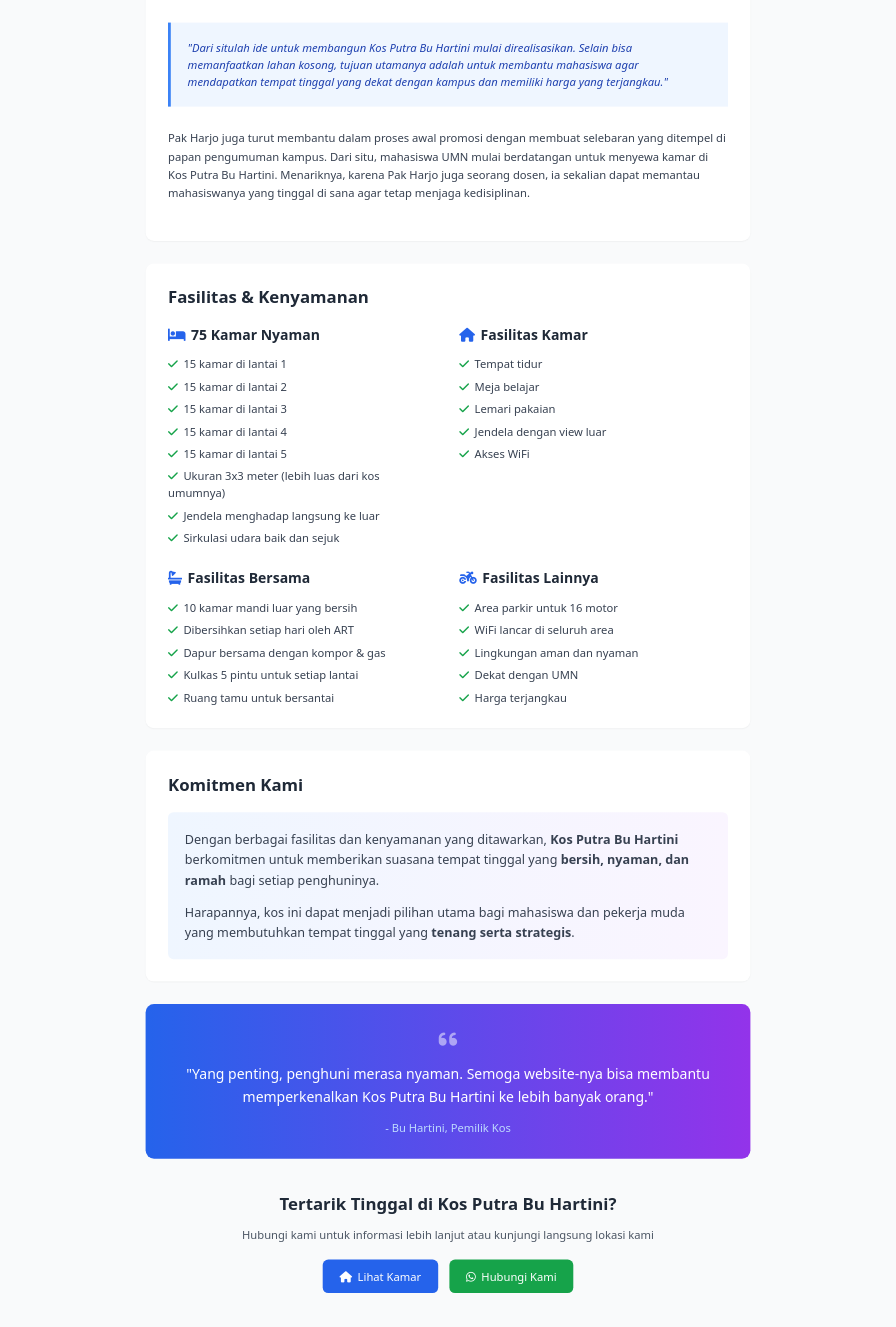
Repository: elikogoya12345-a11y/kost-app-new
Page: http://localhost/about
An editor plug-in stored every save of this project. The page is shown before and after the next save, followed by the edit.
The browser window is 1280 px wide. The pictures show the part of the page from y = 665 to 2585 px (the page is 2561 px tall before and 2585 px after), at 70% of full size.
Some web libraries are served in a nearby version. The page is served by the project's Node server (app.js).

Above is the page before, as saved 2025-12-14 00:04:57.

After the next save:
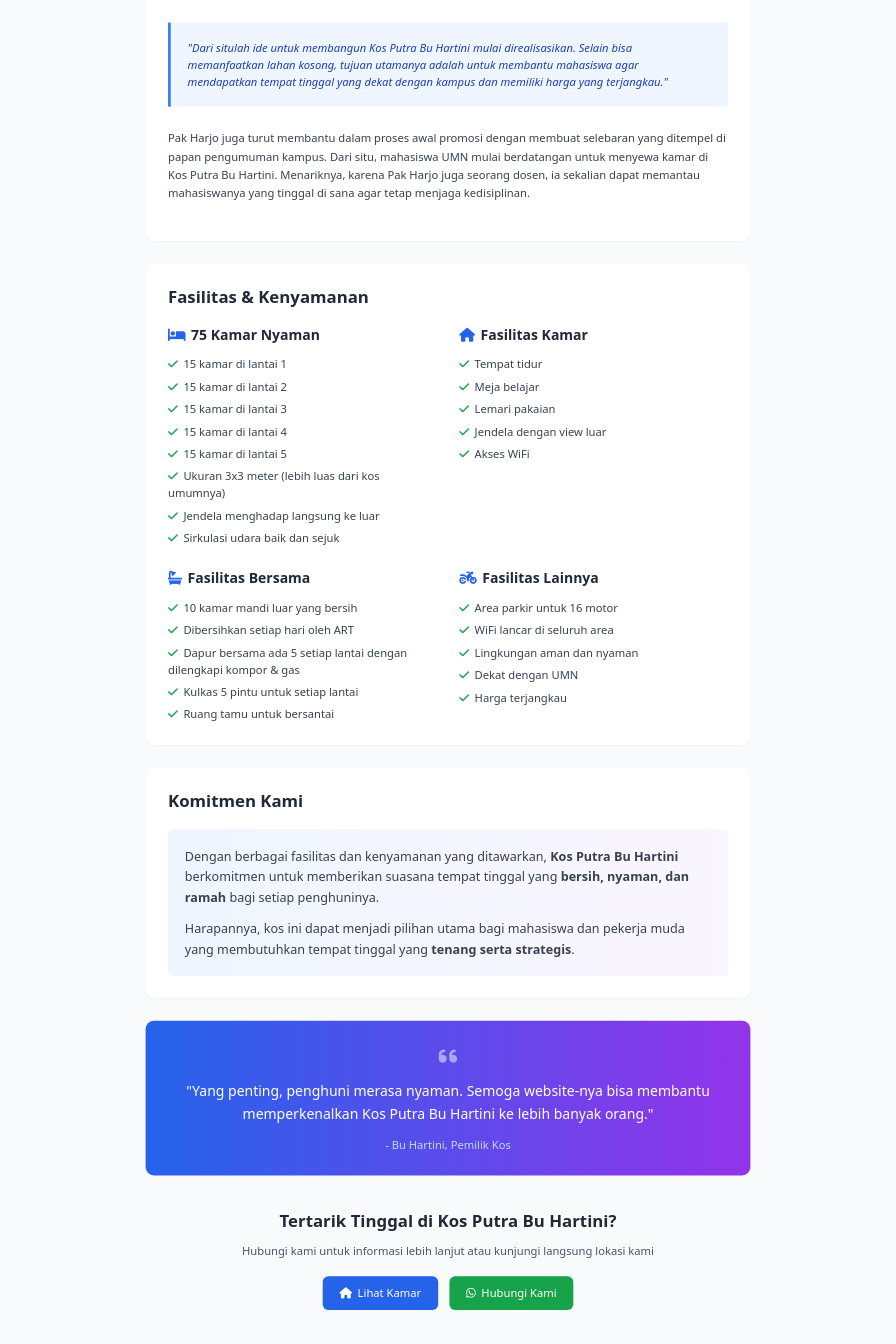
Saved 42 s later.
--- a/views/about.ejs
+++ b/views/about.ejs
@@ -116,7 +116,7 @@
                     <ul class="text-gray-700 space-y-2">
                         <li><i class="fas fa-check text-green-600 mr-2"></i>10 kamar mandi luar yang bersih</li>
                         <li><i class="fas fa-check text-green-600 mr-2"></i>Dibersihkan setiap hari oleh ART</li>
-                        <li><i class="fas fa-check text-green-600 mr-2"></i>Dapur bersama dengan kompor & gas</li>
+                        <li><i class="fas fa-check text-green-600 mr-2"></i>Dapur bersama ada 5 setiap lantai dengan dilengkapi kompor & gas</li>
                         <li><i class="fas fa-check text-green-600 mr-2"></i>Kulkas 5 pintu untuk setiap lantai</li>
                         <li><i class="fas fa-check text-green-600 mr-2"></i>Ruang tamu untuk bersantai</li>
                     </ul>
